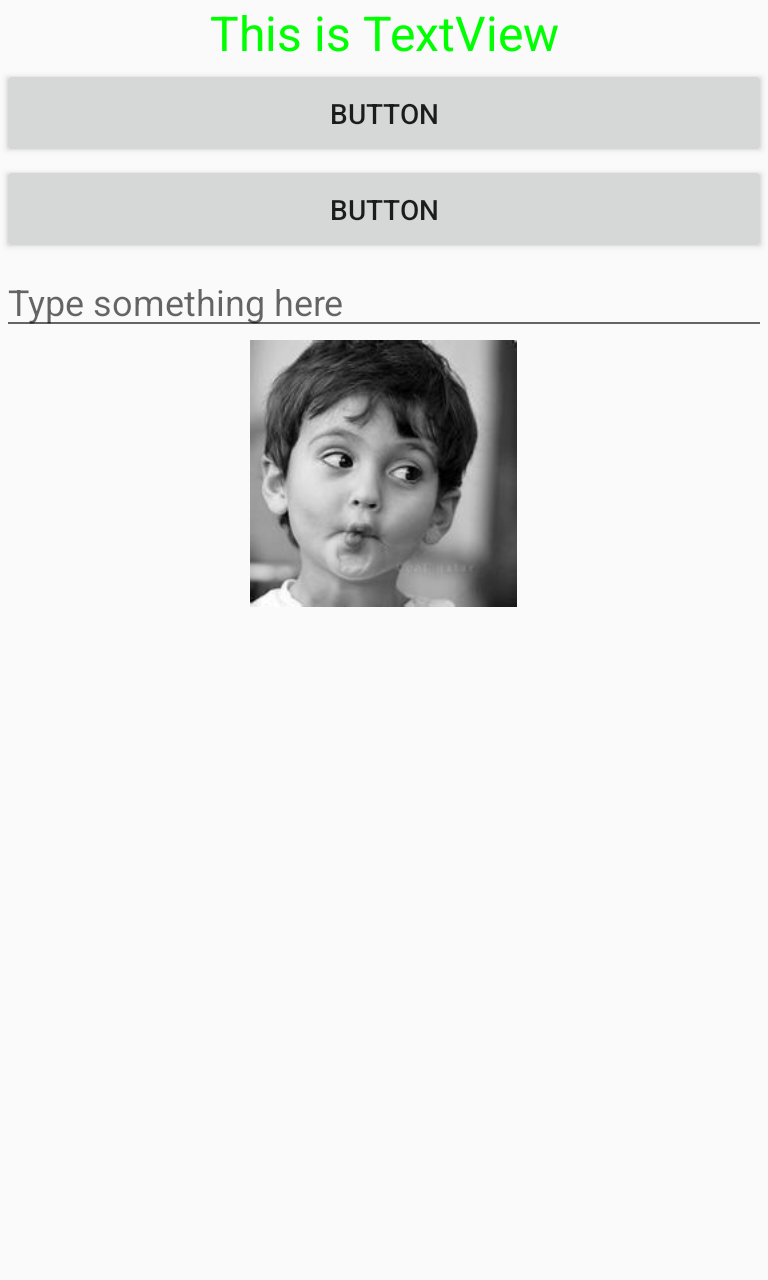
Repository: hohoTT/Android_summarize
Layout: UIWidgeTest/res/layout/activity_main.xml
These files come from the project's save history. The layout is drawn as it stood at one moment and after the next save; the edit follows.
It is drawn on a 768 x 1280 px phone screen (xhdpi) without system bars, with theme AppTheme; the app's code is not run.

Above is the layout before, as saved 2016-02-23 09:02:55.

### UIWidgeTest/res/layout/activity_main.xml
<LinearLayout xmlns:android="http://schemas.android.com/apk/res/android"
    android:layout_width="match_parent"
    android:layout_height="match_parent"
    android:orientation="vertical">

    <TextView
        android:id="@+id/text_view"
        android:layout_width="match_parent"
        android:layout_height="wrap_content"
        android:gravity="center"
        android:textSize="24sp"
        android:textColor="#00ff00"
        android:text="This is TextView" />

    <Button
        android:id="@+id/button"
        android:layout_width="match_parent"
        android:layout_height="wrap_content"
        android:text="Button" />

    <Button
        android:id="@+id/button_change_image"
        android:layout_width="match_parent"
        android:layout_height="wrap_content"
        android:text="Button" />

    <EditText
        android:id="@+id/edit_text"
        android:layout_width="match_parent"
        android:layout_height="wrap_content"
        android:hint="Type something here"
        android:maxLines="2" />

    <ImageView
        android:id="@+id/image_view"
        android:layout_width="wrap_content"
        android:layout_height="wrap_content"
        android:layout_gravity="center"
        android:src="@drawable/img" />

</LinearLayout>

Loaded but not shown: UIWidgeTest/res/values/styles.xml (common file); UIWidgeTest/res/values-v11/styles.xml (common file); UIWidgeTest/res/values-v14/styles.xml (common file)

After the next save:
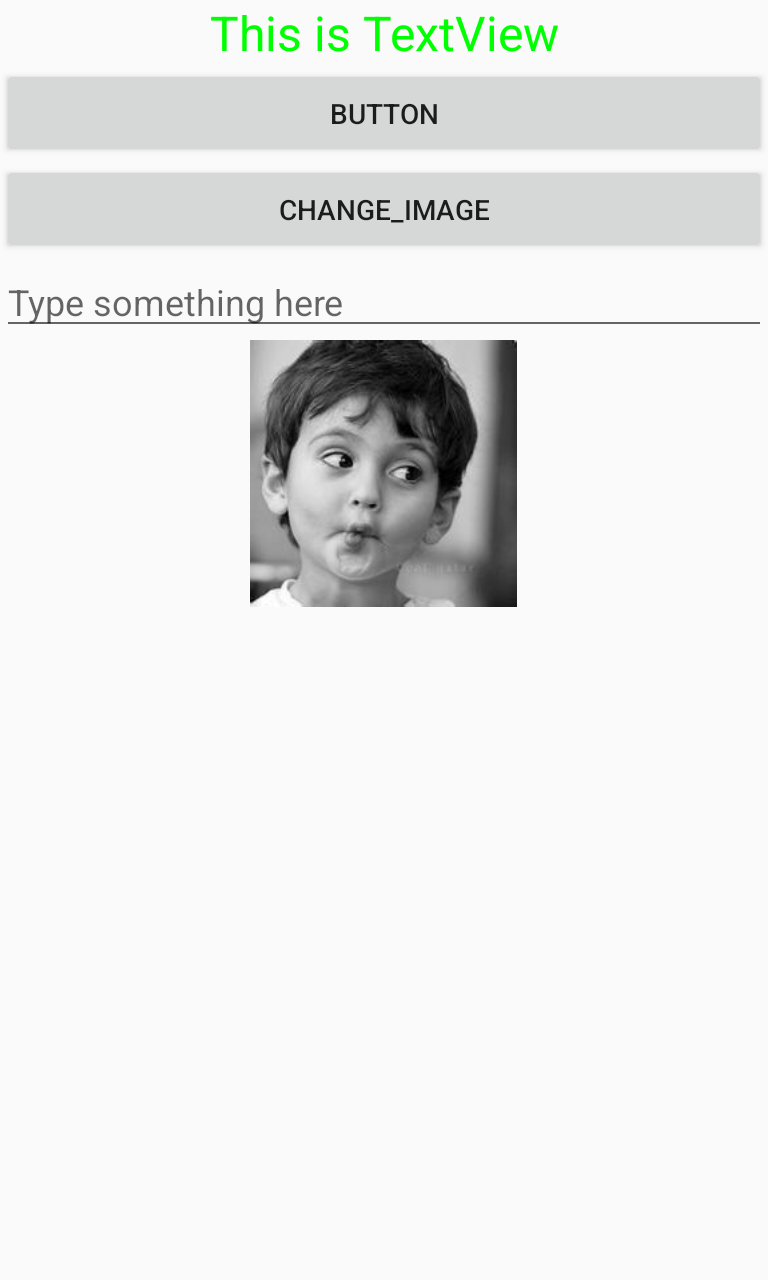
Saved 5 s later.
--- a/UIWidgeTest/res/layout/activity_main.xml
+++ b/UIWidgeTest/res/layout/activity_main.xml
@@ -22,7 +22,7 @@
         android:id="@+id/button_change_image"
         android:layout_width="match_parent"
         android:layout_height="wrap_content"
-        android:text="Button" />
+        android:text="change_image" />
 
     <EditText
         android:id="@+id/edit_text"
